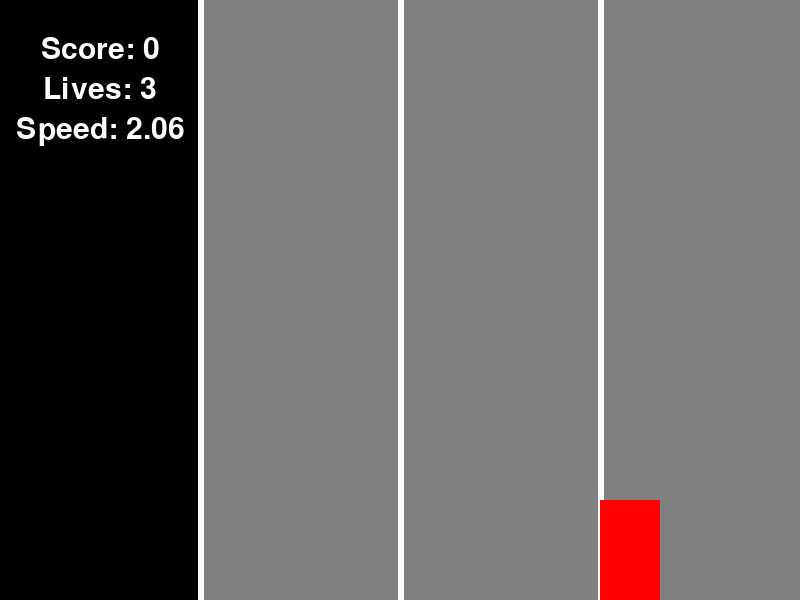
Repository: tinh2044/SNTLW-HP4
Script's output: python car.py
These files come from the project's save history. The script's output is drawn as it stood at one moment and after the next save; the edit follows.
The window is shown after at most 60 frames with no key pressed. Random numbers start from a fixed seed.

Above is the script's output before, as saved 2024-12-03 17:49:53.

### car.py
import sys
import random
import pygame

width = 800
height = 600

BLACK = (0, 0, 0)
WHITE = (255, 255, 255)
RED = (255, 0, 0)
GREEN = (0, 255, 0)
BLUE = (0, 0, 255)
YELLOW = (255, 255, 0)
CYAN = (0, 255, 255)
MAGENTA = (255, 0, 255)
ORANGE = (255, 165, 0)
GRAY = (128, 128, 128)

LIST_COLOR = [RED, GREEN, BLUE, YELLOW, CYAN, MAGENTA, ORANGE]


class Player:
    def __init__(self, x, y, car_width, car_height, color):
        self.x = x
        self.y = y
        self.width = car_width
        self.height = car_height
        self.color = color
        self.lives = 3

    def move(self, dx, dy, boundaries):
        self.x = max(boundaries[0], min(self.x + dx, boundaries[1] - self.width))
        self.y = max(0, min(self.y + dy, boundaries[2] - self.height))

    def draw(self, screen):
        pygame.draw.rect(screen, self.color, pygame.Rect(self.x, self.y, self.width, self.height))


class Obstacle:
    def __init__(self, obj_type, x, y, width, height, speed, colors):
        self.type = obj_type
        self.x = x
        self.y = y
        self.width = width
        self.height = height
        self.speed = speed
        self.color = random.choice(colors)

    def move(self):
        self.y += self.speed

    def draw(self, screen):
        pygame.draw.rect(screen, self.color, pygame.Rect(self.x, self.y, self.width, self.height))


class UIManager:

    def draw_text(self, screen, text, x, y, font_size=30, color=(255, 255, 255)):
        font = pygame.font.Font('freesansbold.ttf', font_size)
        rendered_text = font.render(text, True, color)
        text_rect = rendered_text.get_rect(center=(x, y))
        screen.blit(rendered_text, text_rect)

    def draw_game_info(self, screen, score, lives, speed, x, y):
        self.draw_text(screen, f"Score: {score}", x, y)
        self.draw_text(screen, f"Lives: {lives}", x, y + 40)
        self.draw_text(screen, f"Speed: {speed:.2f}", x, y + 80)


class GameManager:
    def __init__(self):
        pygame.init()
        self.screen = pygame.display.set_mode((width, height))
        self.width = width
        self.height = height
        self.clock = pygame.time.Clock()
        self.running = True
        self.score = 0
        self.speed = 2
        self.obstacles = []
        self.road_width = self.width // 4
        self.num_road = self.width // self.road_width
        self.ui_manager = UIManager()

        self.player = Player(self.road_width * 3, self.height - 100, 60, 100, RED)

        self.obstacle_types = {
            "car": {"width": 60, "height": 120, "speed": 1, "colors": LIST_COLOR},
            "bike": {"width": 40, "height": 100, "speed": 1.5, "colors": LIST_COLOR},
            "truck": {"width": 100, "height": 150, "speed": 0.75, "colors": LIST_COLOR},
        }

    def spawn_obstacle(self):

        obj_type = random.choice(list(self.obstacle_types.keys()))
        obstacle_type = self.obstacle_types[obj_type]

        lane = random.randint(1, self.num_road - 1)
        x = (lane + 1) * (self.width // 4) + obstacle_type["width"] // 2
        y = -obstacle_type["height"]
        speed = self.speed * obstacle_type["speed"]
        obstacle = Obstacle(obj_type, x, y, obstacle_type["width"], obstacle_type["height"], speed, obstacle_type["colors"])

        self.obstacles.append(obstacle)

    def handle_collisions(self):
        for obstacle in self.obstacles:
            if (self.player.x < obstacle.x + obstacle.width and
                    self.player.x + self.player.width > obstacle.x and
                    self.player.y < obstacle.y + obstacle.height and
                    self.player.y + self.player.height > obstacle.y):
                self.player.lives -= 1
                self.obstacles.remove(obstacle)
                if self.player.lives <= 0:
                    self.running = False

    def update_obstacles(self):
        for obstacle in self.obstacles:
            obstacle.move()
            if obstacle.y > self.height:
                self.obstacles.remove(obstacle)
                self.score += 1

    def render(self):

        row_width = self.width // 4
        self.screen.fill((0, 0, 0))
        pygame.draw.rect(self.screen, GRAY, pygame.Rect(row_width, 0, row_width * 4, self.height))

        for i in range(1, 4):
            pygame.draw.line(self.screen, WHITE, (i * row_width, 0), (i * row_width, self.height), 6)

        for obstacle in self.obstacles:
            obstacle.draw(self.screen)
        self.player.draw(self.screen)

        self.ui_manager.draw_game_info(self.screen, self.score, self.player.lives, self.speed, 100, 50)
        pygame.display.flip()

    def run(self):
        while self.running:
            for event in pygame.event.get():
                if event.type == pygame.QUIT:
                    self.running = False

            keys = pygame.key.get_pressed()
            if keys[pygame.K_LEFT] or keys[pygame.K_a]:
                self.player.move(-5, 0, (self.road_width, self.road_width*self.num_road-1, self.height))
            if keys[pygame.K_RIGHT] or keys[pygame.K_d]:
                self.player.move(5, 0, (self.road_width, self.road_width*self.num_road-1, self.height))
            if keys[pygame.K_UP] or keys[pygame.K_w]:
                self.player.move(0, -5, (self.road_width, self.road_width*self.num_road-1, self.height))
            if keys[pygame.K_DOWN] or keys[pygame.K_s]:
                self.player.move(0, 5, (self.road_width, self.road_width*self.num_road-1, self.height))

            self.update_obstacles()
            self.handle_collisions()

            if random.random() < 0.02:
                self.spawn_obstacle()

            self.render()

            self.speed += 0.001
            self.clock.tick(60)


if __name__ == "__main__":
    game = GameManager()
    game.run()
    pygame.quit()
    sys.exit()

After the next save:
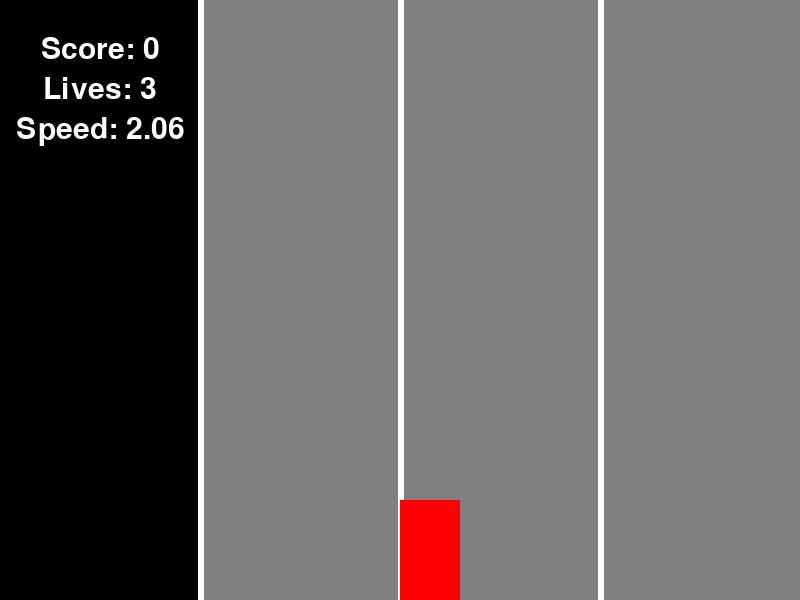
Saved 3 min 7 s later.
--- a/car.py
+++ b/car.py
@@ -82,7 +82,7 @@ class GameManager:
         self.num_road = self.width // self.road_width
         self.ui_manager = UIManager()
 
-        self.player = Player(self.road_width * 3, self.height - 100, 60, 100, RED)
+        self.player = Player(self.road_width * 2, self.height - 100, 60, 100, RED)
 
         self.obstacle_types = {
             "car": {"width": 60, "height": 120, "speed": 1, "colors": LIST_COLOR},
